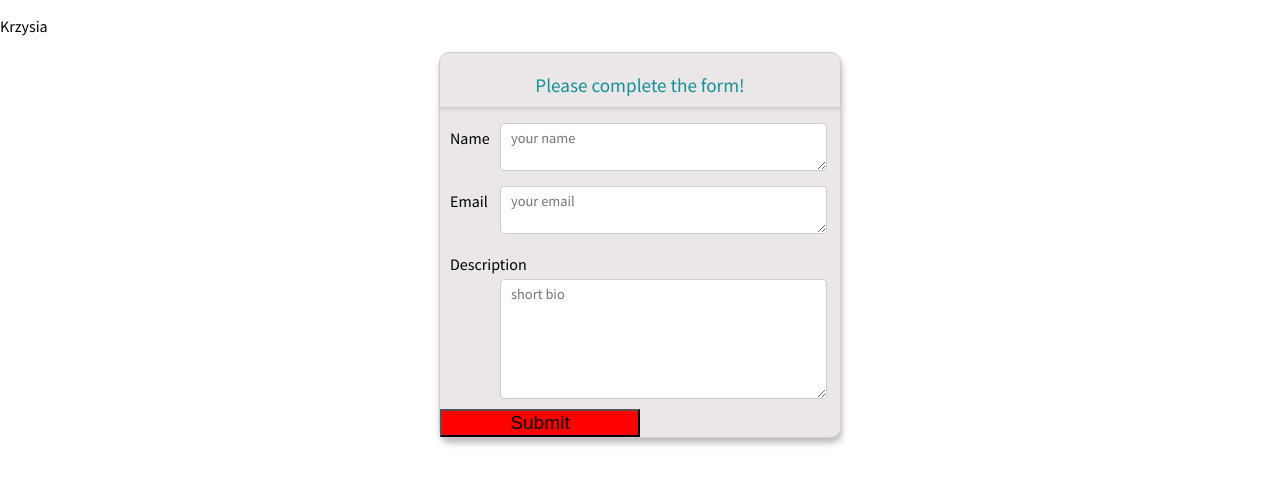
Repository: KrzysKolo/sr_tydzien4_zad2
Page: /
These files come from the project's save history. The page is drawn as it stood at one moment and after the next save; the edit follows.
The browser window is 1280 px wide. The pictures show the whole page.
The project was rebuilt for these pictures with package versions that can differ from the ones it lists, and the page was loaded fresh each time. Also part of the build but not shown: src/components/formComponents/ErrorMessage.js, src/components/formComponents/Message.js.

Above is the page before, as saved 2020-11-27 20:32:34.

After the next save:
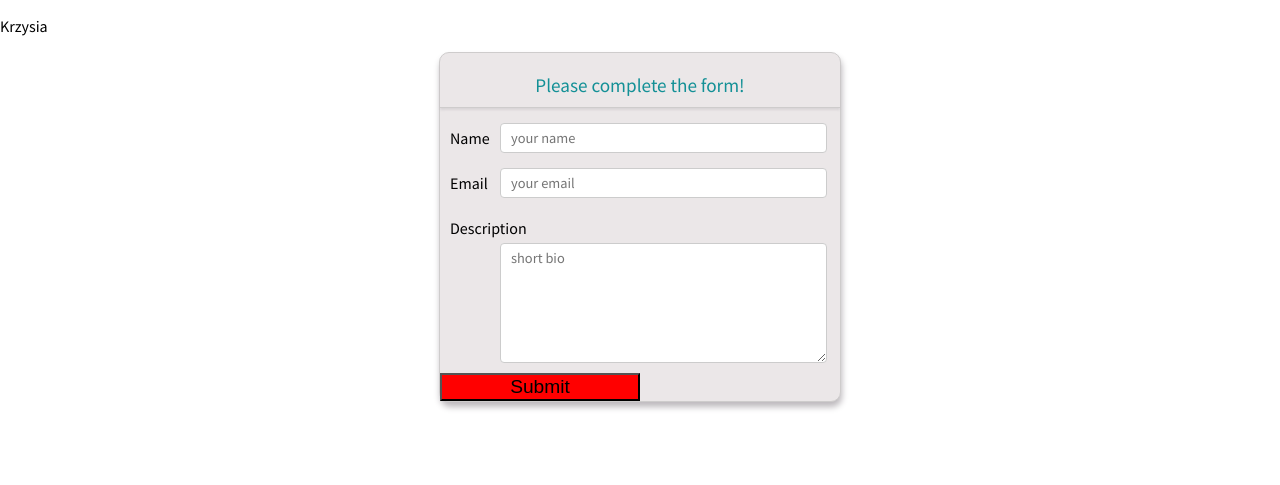
Saved 2 min 13 s later.
--- a/src/components/formComponents/Input.js
+++ b/src/components/formComponents/Input.js
@@ -1,8 +1,7 @@
 import React from 'react'
 import styled from 'styled-components';
 import ErrorMessage from './ErrorMessage';
-
-const TextAreaDiv = styled.div`
+const InputDiv = styled.div`
     display: flex;
     flex-direction: row;
     align-content: center;
@@ -10,7 +9,7 @@ const TextAreaDiv = styled.div`
     padding-top: 5px;
 
 `;
-const TextAreaLabel = styled.label`
+const InputLabel = styled.label`
     width: 10%;
     font-size: 1rem;
     padding: 5px 10px;
@@ -25,22 +24,22 @@ const inputStyles = errorInfo => `
     font-size: 0.9rem;
     ${!errorInfo && 'margin-bottom: 10px;'}
 `;
-const TextAreaError = styled.textarea`
+const InputError = styled.input`
     ${props => inputStyles(props.errorInfo)}
 `;
 
-const Input = (props) => {
+const TextArea = (props) => {
     const { name, message, errorInfo }= props;
     return (
         <>
-            <TextAreaDiv>
-                <TextAreaLabel>{name} </TextAreaLabel>
-                <TextAreaError {...props} errorInfo={errorInfo} message={message}/>
-            </TextAreaDiv>
+            <InputDiv>
+                <InputLabel htmlFor="input" >{name} </InputLabel>
+                <InputError id="input" {...props} errorInfo={errorInfo} message={message}/>
+            </InputDiv>
             {errorInfo && <ErrorMessage message={message} /> }
         </>
     )
 
 }
 
-export default Input;
+export default TextArea;
